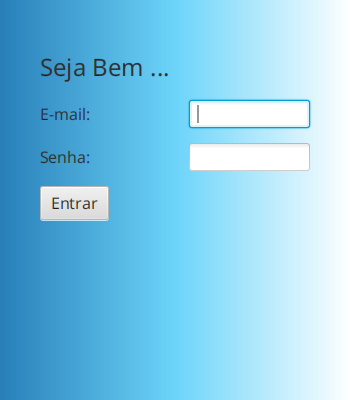
Repository: vitmac1/eclipse-workspace-project
Program's window: java exercicios-javafx/src/fxml/AppFXML.java
An editor plug-in stored every save of this project. The program's window is shown before and after the next save, followed by the edit.
It runs on Java 21 on a 1366 x 768 screen with JavaFX 11; the title bar is not drawn.

Above is the program's window before, as saved 2022-10-21 19:44:43.

After the next save:
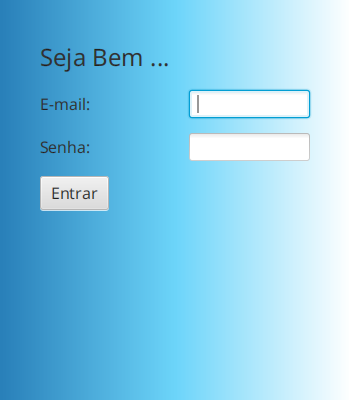
Saved 15 s later.
--- a/exercicios-javafx/src/fxml/Login.fxml
+++ b/exercicios-javafx/src/fxml/Login.fxml
@@ -9,7 +9,7 @@
 	styleClass="login" hgap="15" vgap="15">
 
 	<padding>
-		<Insets left="40" right="40" top="50"/>
+		<Insets left="40" right="40" top="40"/>
 	</padding>
 
 	<Label text="Seja Bem Vindo"
